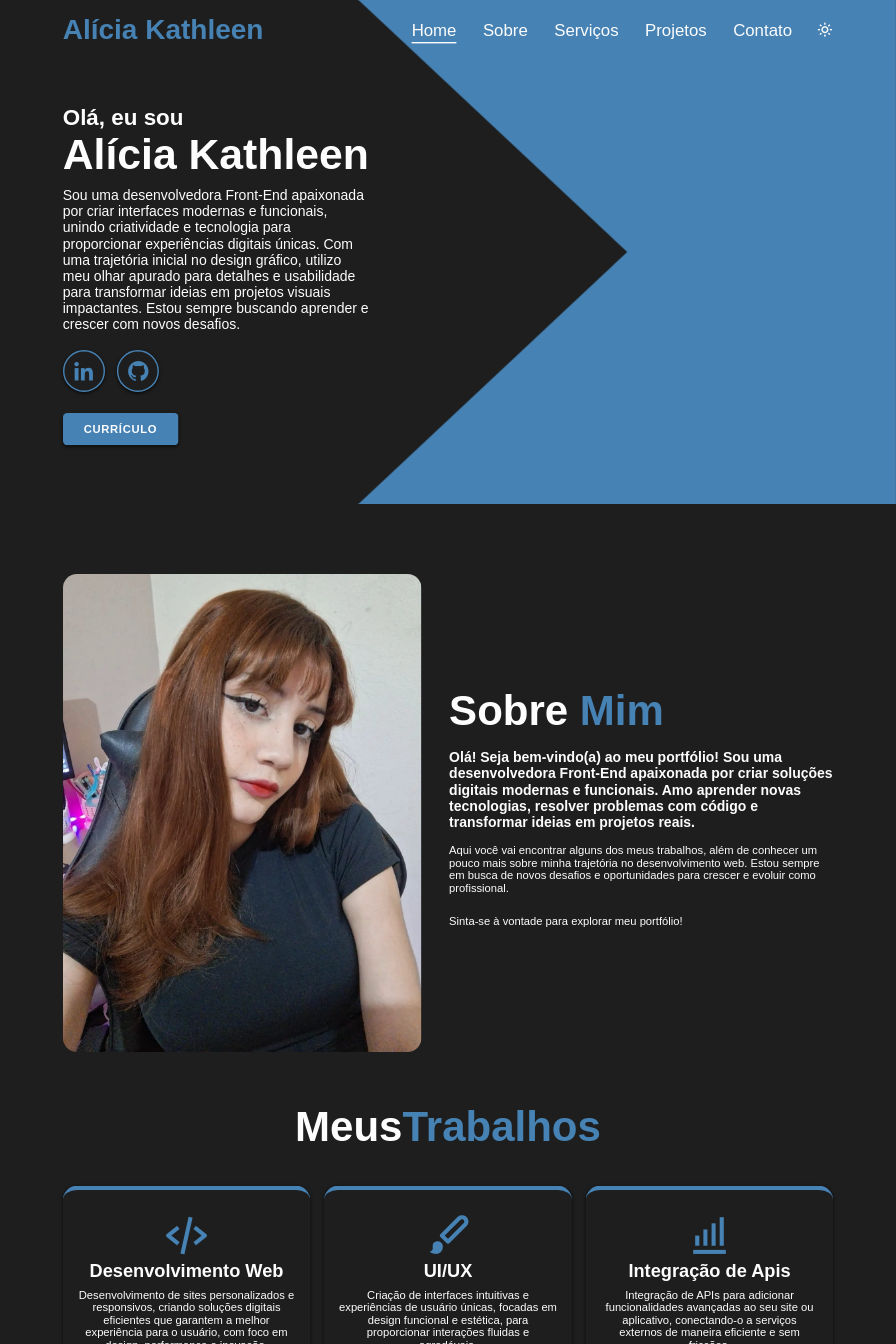
Repository: AliciaKathleen/portfolio-2025
Page: index.html
An editor plug-in stored every save of this project. The page is shown before and after a run of saves, followed by the edit.
The browser window is 1280 px wide. The pictures show the part of the page from y = 0 to 1920 px (the page is 3946 px tall), at 70% of full size.
Empty fields were first filled with sample values (such as "Sample", 5 or name@example.com).
After loading, the first visible `#darkMode-icon` was clicked once.

Above is the page before, as saved 2025-01-27 16:59:12.
Console error: TypeError: Cannot read properties of null (reading 'classList')

After the next 2 saves:
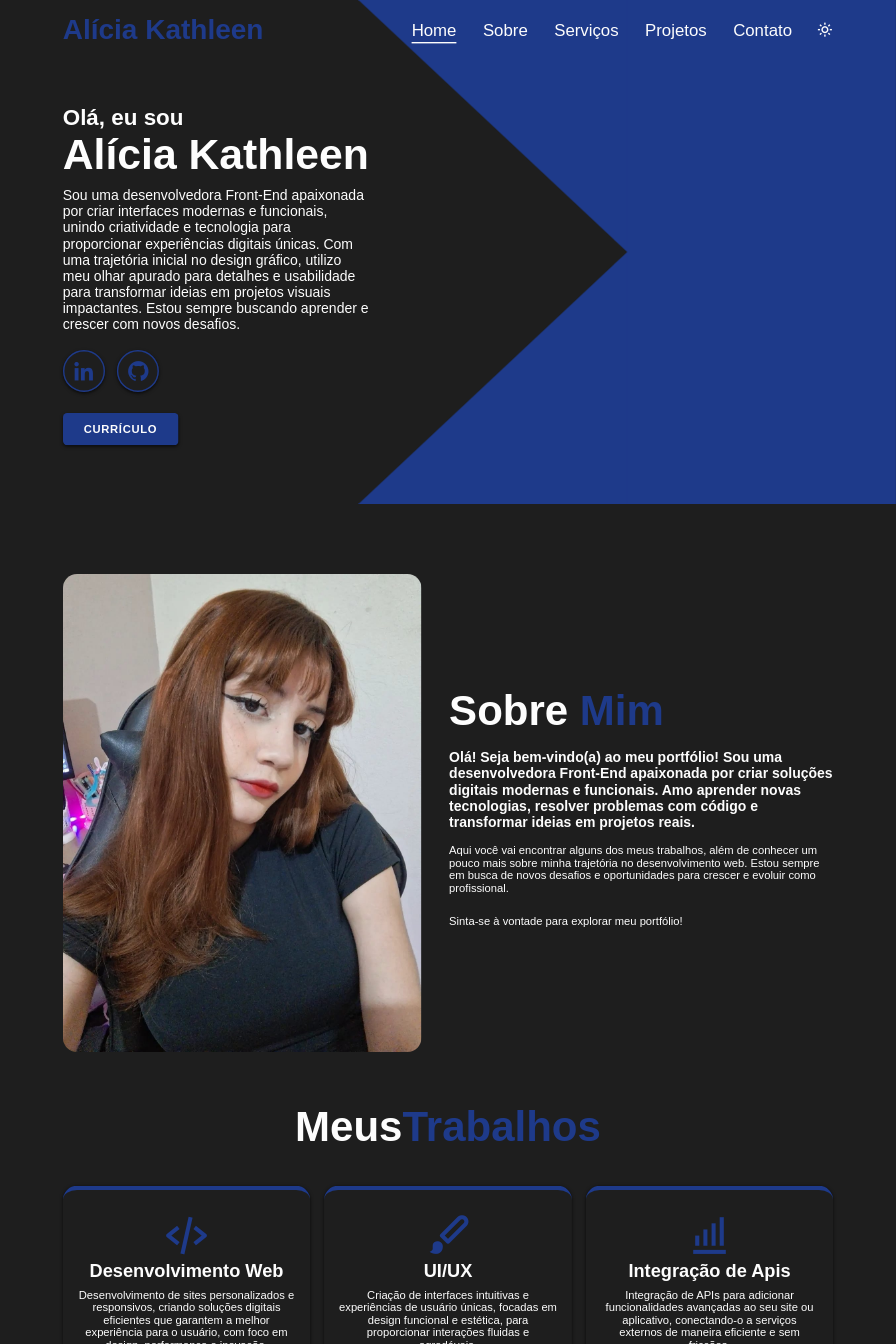
The 2 saves are shown as one change because they came seconds apart.
The last was saved 19 s later.
--- a/style.css
+++ b/style.css
@@ -25,6 +25,7 @@
 .dark-mode {
     --bg-color: #1E1E1E;
     --text-color: #fdfdfd;
+    --main-color: #1E3A8A;
     --shadow-color: rgba(0, 0, 0, .7);
 }
 
